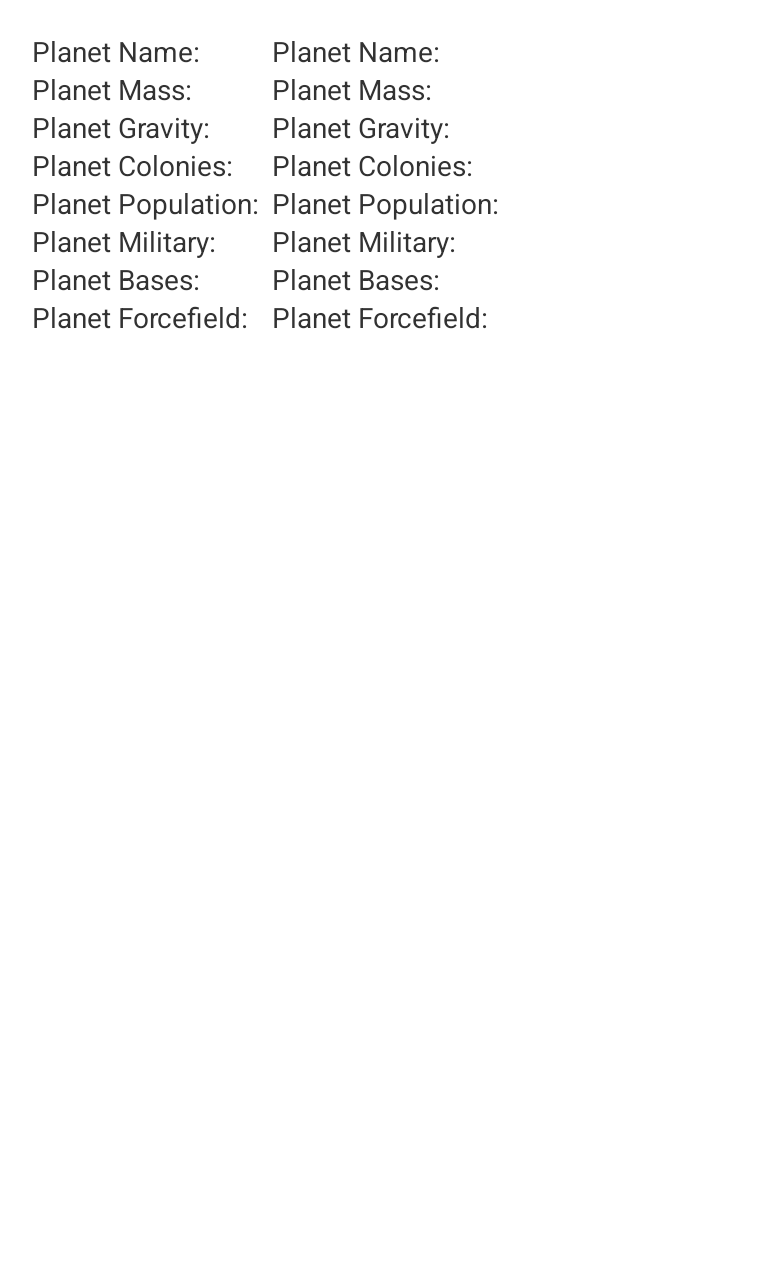
Repository: blender-head/android_basic
Layout: Hello_World/res/layout/activity_main.xml
An editor plug-in stored every save of this project. The layout is shown before and after the next save, followed by the edit.
It is drawn on a 768 x 1280 px phone screen (xhdpi) without system bars, with theme AppTheme; the app's code is not run. The app's manifest (not shown) leaves right-to-left support off. So textAlignment, textDirection and layoutDirection are ignored, and left and right values win over start and end ones.

Above is the layout before, as saved 2013-12-31 16:18:33.

### Hello_World/res/layout/activity_main.xml
<RelativeLayout xmlns:android="http://schemas.android.com/apk/res/android"
    xmlns:tools="http://schemas.android.com/tools"
    android:layout_width="match_parent"
    android:layout_height="match_parent"
    android:paddingBottom="@dimen/activity_vertical_margin"
    android:paddingLeft="@dimen/activity_horizontal_margin"
    android:paddingRight="@dimen/activity_horizontal_margin"
    android:paddingTop="@dimen/activity_vertical_margin"
    tools:context=".MainActivity" >

    <!-- Planet Name label -->
	<TextView
        android:id="@+id/textView1"
        android:layout_width="wrap_content"
        android:layout_height="wrap_content"
        android:text="@string/planet_name_label" />

	<!-- Planet Name data -->
	<TextView
        android:id="@+id/dataView1"
        android:layout_toRightOf="@+id/textView1"
        android:layout_marginLeft="36dip"
        android:layout_width="wrap_content"
        android:layout_height="wrap_content"
        android:text="@string/planet_name_label" />

	<!-- Planet Mass label -->
	<TextView
        android:id="@+id/textView2"
        android:layout_below="@+id/textView1"
        android:layout_width="wrap_content"
        android:layout_height="wrap_content"
        android:text="@string/planet_mass_label" />

	<!-- Planet Mass data -->

	<!-- Planet Gravity label -->
	<TextView
        android:id="@+id/textView3"
        android:layout_below="@+id/textView2"
        android:layout_width="wrap_content"
        android:layout_height="wrap_content"
        android:text="@string/planet_gravity_label" />

	<!-- Planet Gravity data -->
	<TextView
        android:id="@+id/dataView3"
        android:layout_toRightOf="@+id/textView3"
        android:layout_alignStart="@+id/dataView2"
        android:layout_below="@+id/dataView2"
        android:layout_width="wrap_content"
        android:layout_height="wrap_content"
        android:text="@string/planet_gravity_label" />

	<!-- Planet Colonies label -->
	<TextView
        android:id="@+id/textView4"
        android:layout_below="@+id/textView3"
        android:layout_width="wrap_content"
        android:layout_height="wrap_content"
        android:text="@string/planet_colonies_label" />

	<!-- Planet Colonies data -->
	<TextView
        android:id="@+id/dataView4"
        android:layout_toRightOf="@+id/textView4"
        android:layout_alignStart="@+id/dataView3"
        android:layout_below="@+id/dataView3"
        android:layout_width="wrap_content"
        android:layout_height="wrap_content"
        android:text="@string/planet_colonies_label" />

	<!-- Planet Poulation label -->
	<TextView
        android:id="@+id/textView5"
        android:layout_below="@+id/textView4"
        android:layout_width="wrap_content"
        android:layout_height="wrap_content"
        android:text="@string/planet_population_label" />

	<!-- Planet Poulation data -->
	<TextView
        android:id="@+id/dataView5"
        android:layout_toRightOf="@+id/textView5"
        android:layout_alignStart="@+id/dataView4"
        android:layout_below="@+id/dataView4"
        android:layout_width="wrap_content"
        android:layout_height="wrap_content"
        android:text="@string/planet_population_label" />

	<!-- Planet Military label -->
	<TextView
        android:id="@+id/textView6"
        android:layout_below="@+id/textView5"
        android:layout_width="wrap_content"
        android:layout_height="wrap_content"
        android:text="@string/planet_military_label" />

	<!-- Planet Military data -->
	<TextView
        android:id="@+id/dataView6"
        android:layout_toRightOf="@+id/textView6"
        android:layout_alignStart="@+id/dataView5"
        android:layout_below="@+id/dataView5"
        android:layout_width="wrap_content"
        android:layout_height="wrap_content"
        android:text="@string/planet_military_label" />

	<!-- Planet Base label -->
	<TextView
        android:id="@+id/textView7"
        android:layout_below="@+id/textView6"
        android:layout_width="wrap_content"
        android:layout_height="wrap_content"
        android:text="@string/planet_bases_label" />

	<!-- Planet Base data -->
	<TextView
        android:id="@+id/dataView7"
        android:layout_toRightOf="@+id/textView7"
        android:layout_alignStart="@+id/dataView6"
        android:layout_below="@+id/dataView6"
        android:layout_width="wrap_content"
        android:layout_height="wrap_content"
        android:text="@string/planet_bases_label" />

	<!-- Planet Force Field label -->
	<TextView
        android:id="@+id/textView8"
        android:layout_below="@+id/textView7"
        android:layout_width="wrap_content"
        android:layout_height="wrap_content"
        android:text="@string/planet_forcefield_label" />

	<!-- Planet Force Field data -->
	<TextView
        android:id="@+id/dataView8"
        android:layout_toRightOf="@+id/textView8"
        android:layout_alignStart="@+id/dataView7"
        android:layout_below="@+id/dataView7"
        android:layout_width="wrap_content"
        android:layout_height="wrap_content"
        android:text="@string/planet_forcefield_label" />

	<TextView
	    android:id="@+id/dataView2"
	    android:layout_width="wrap_content"
	    android:layout_height="wrap_content"
	    android:layout_alignLeft="@+id/dataView1"
	    android:layout_alignStart="@+id/dataView1"
	    android:layout_below="@+id/dataView1"
	    android:text="@string/planet_mass_label" />

</RelativeLayout>

### Hello_World/res/values/strings.xml
<?xml version="1.0" encoding="utf-8"?>
<resources>

    <string name="app_name">Hello_World</string>
    <string name="action_settings">Settings</string>
    <string name="hello_world">Hello world!</string>

    <string name="planet_name_label">Planet Name: </string>
	<string name="planet_mass_label">Planet Mass: </string>
	<string name="planet_gravity_label">Planet Gravity: </string>
	<string name="planet_colonies_label">Planet Colonies: </string>
	<string name="planet_population_label">Planet Population: </string>
	<string name="planet_military_label">Planet Military: </string>
	<string name="planet_bases_label">Planet Bases: </string>
	<string name="planet_forcefield_label">Planet Forcefield: </string>

</resources>

Loaded but not shown: Hello_World/res/values/styles.xml (common file); Hello_World/res/values-v11/styles.xml (common file); Hello_World/res/values-v14/styles.xml (common file); Hello_World/res/values/dimens.xml (common file)

After the next save:
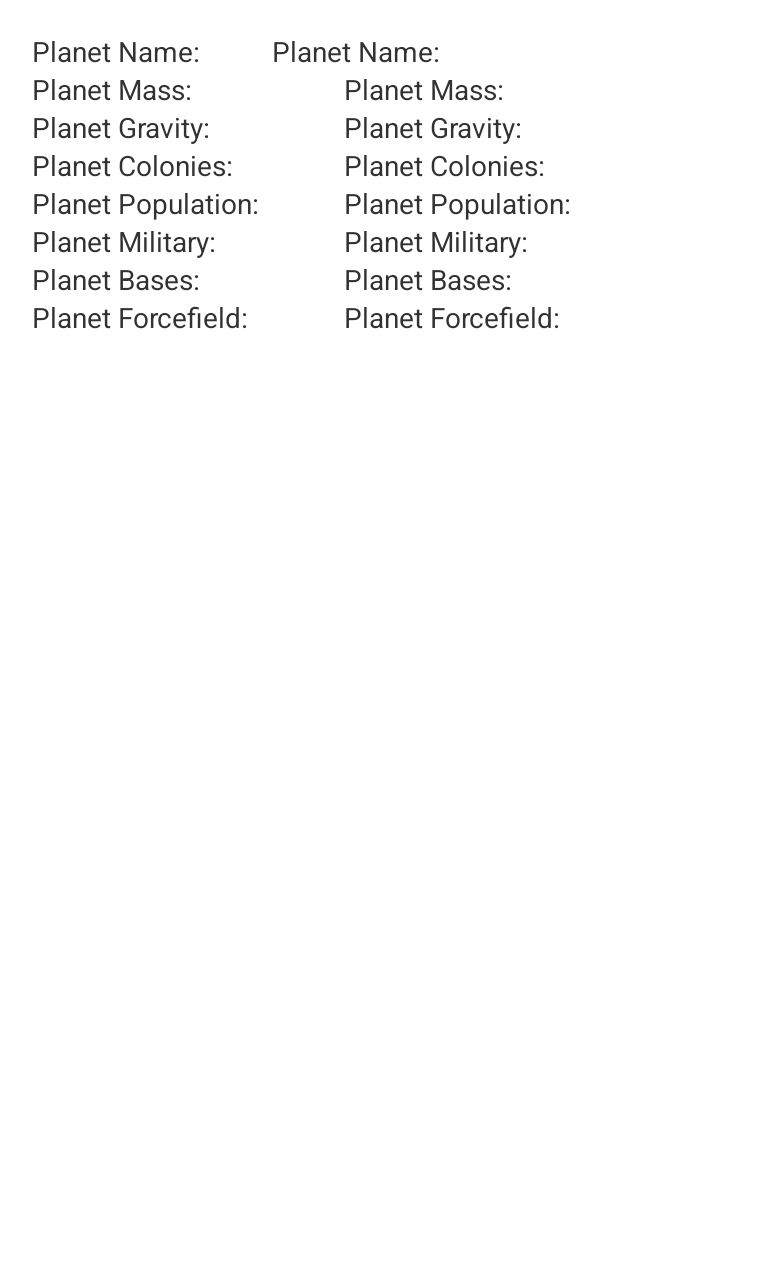
Saved 40 s later.
--- a/Hello_World/res/layout/activity_main.xml
+++ b/Hello_World/res/layout/activity_main.xml
@@ -33,6 +33,15 @@
         android:text="@string/planet_mass_label" />
 
 	<!-- Planet Mass data -->
+	<TextView
+        android:id="@+id/dataView2"
+        android:layout_toRightOf="@+id/textView2"
+        android:layout_alignStart="@+id/dataView1"
+        android:layout_below="@+id/dataView1"
+        android:layout_width="wrap_content"
+        android:layout_height="wrap_content"
+        android:layout_marginLeft="36dip"
+        android:text="@string/planet_mass_label" />
 
 	<!-- Planet Gravity label -->
 	<TextView
@@ -142,13 +151,4 @@
         android:layout_height="wrap_content"
         android:text="@string/planet_forcefield_label" />
 
-	<TextView
-	    android:id="@+id/dataView2"
-	    android:layout_width="wrap_content"
-	    android:layout_height="wrap_content"
-	    android:layout_alignLeft="@+id/dataView1"
-	    android:layout_alignStart="@+id/dataView1"
-	    android:layout_below="@+id/dataView1"
-	    android:text="@string/planet_mass_label" />
-
 </RelativeLayout>
